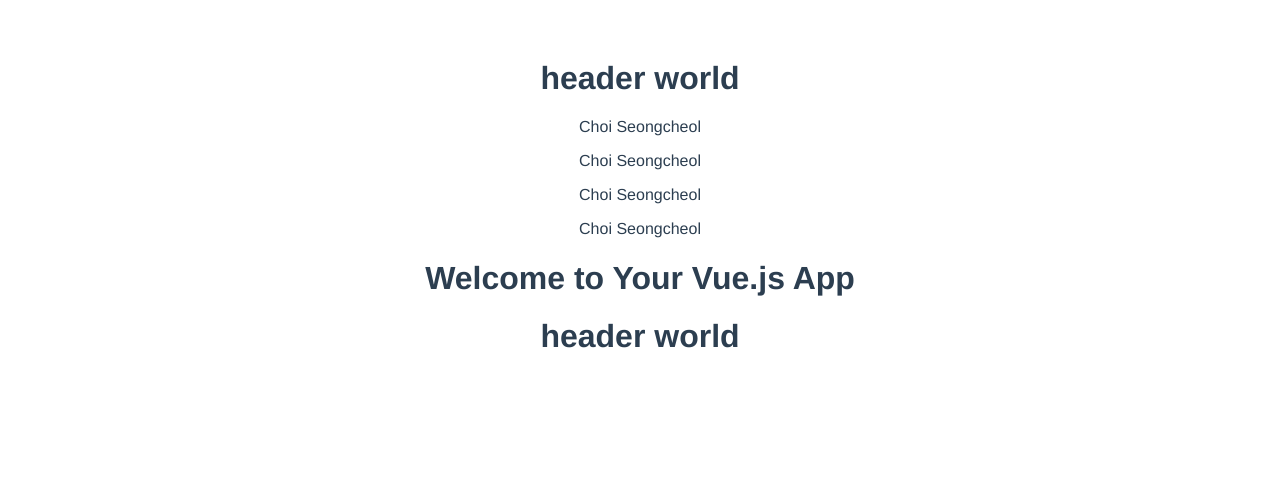
Repository: anhthu112/Todo-list
Page: /
These files come from the project's save history. The page is drawn as it stood at one moment and after a run of saves; the edit follows.
The browser window is 1280 px wide. The pictures show the whole page.
The project was rebuilt for these pictures with package versions that can differ from the ones it lists, and the page was loaded fresh each time. Also part of the build but not shown: vue.config.js.

Above is the page before, as saved 2024-01-22 15:20:08.

After the next 3 saves:
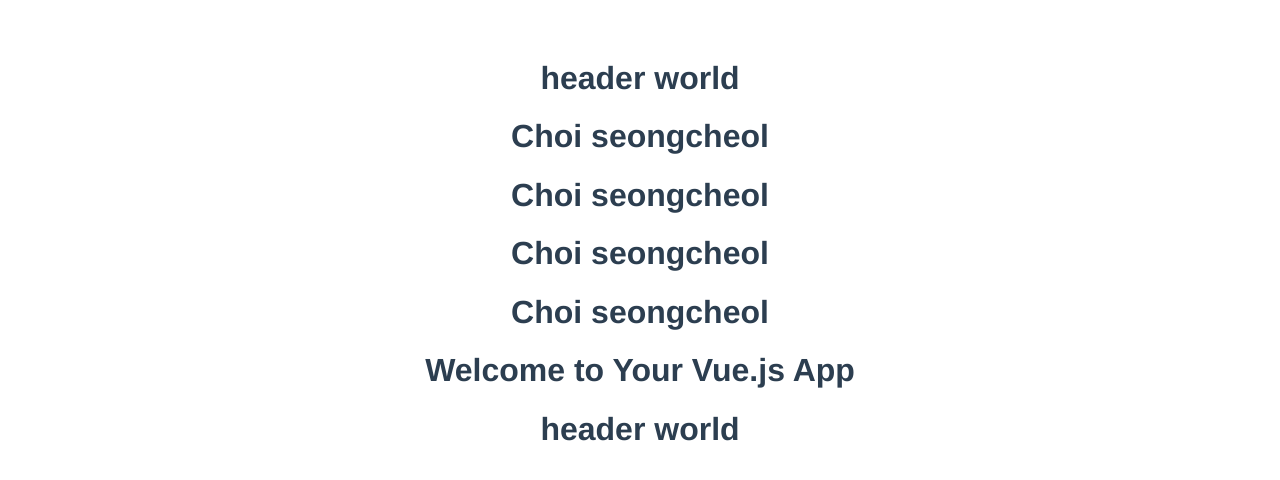
The 3 saves are shown as one change because 2 did not build or start.
The last was saved 2 min 41 s later.
--- a/src/components/User.vue
+++ b/src/components/User.vue
@@ -1,6 +1,6 @@
 <template>
     <div class="user">
-        <p>Choi Seongcheol</p>
+        <h1>Choi seongcheol</h1>
     </div>
 </template>
 <script>

After the save that followed:
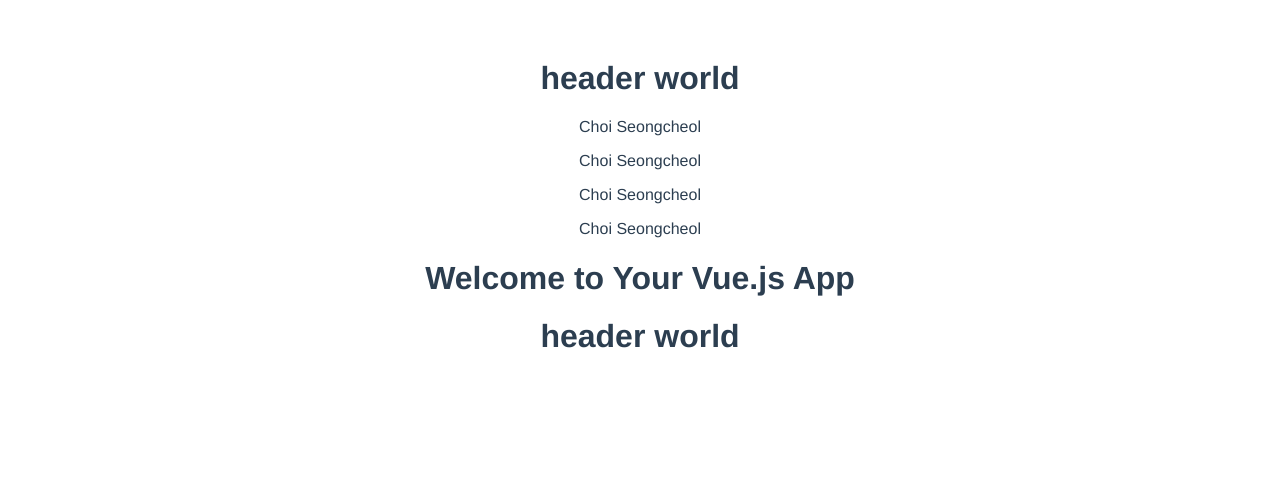
Saved 8 s later.
--- a/src/components/User.vue
+++ b/src/components/User.vue
@@ -1,6 +1,6 @@
 <template>
     <div class="user">
-        <h1>Choi seongcheol</h1>
+        <p>Choi Seongcheol</p>
     </div>
 </template>
 <script>
@@ -8,7 +8,6 @@
         name: 'userComponent',
         props:{
             type: Object,
-            default:null,
         },
         data (){
             return {
